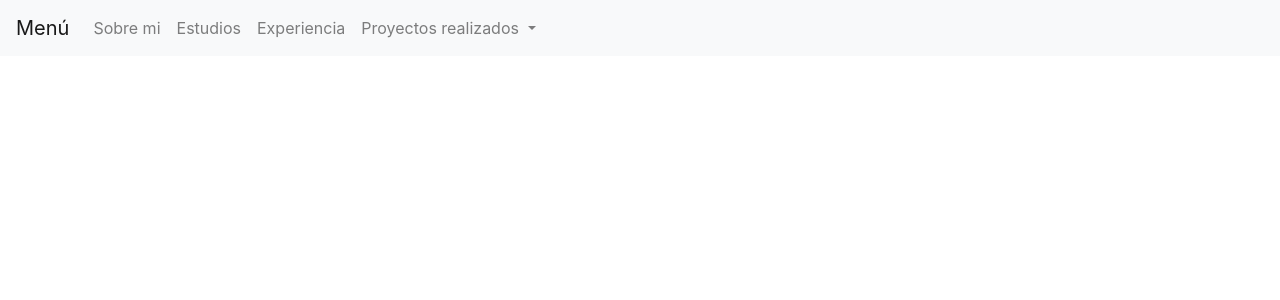
Repository: Hrotgarion1/jose
Page: projects.html
The author's editor kept a copy of each file at every save. The page is drawn from the files as they stood at one save, then again after the next save.
The browser window is 1280 px wide. The pictures show the whole page.

Above is the page before, as saved 2020-09-29 17:50:54.

### projects.html
<!DOCTYPE html>
<html lang="en">
<head>
    <meta charset="UTF-8">
    <meta name="viewport" content="width=device-width, user-scalable=no, initial-scale=1.0, maximum-scale=1.0, minimum-scale=1.0">
    <title>josenunez.eu</title>
    <meta name="jose p nunez" content="">
    <link rel="stylesheet" href="css/bootstrap.min.css">
    <!-- Favicon -->
    <link rel="shortcut icon" href="img/LogoPuntaDeLanza.png">
</head>
<body>
    <!--Navegador responsive de la web-->
    <nav class="navbar navbar-expand-lg navbar-light bg-light">
        <a class="navbar-brand" href="../jose/index.html">Menú</a>
        <button class="navbar-toggler" type="button" data-toggle="collapse" data-target="#navbarNavDropdown" aria-controls="navbarNavDropdown" aria-expanded="false" aria-label="Toggle navigation">
          <span class="navbar-toggler-icon"></span>
        </button>

        <div class="collapse navbar-collapse" id="navbarNavDropdown">
          <ul class="navbar-nav">
            <li class="nav-item">
              <a class="nav-link" href="#">Sobre mi <span class="sr-only">(current)</span></a>
            </li>
            <li class="nav-item">
              <a class="nav-link" href="#">Estudios</a>
            </li>
            <li class="nav-item">
              <a class="nav-link" href="#">Experiencia</a>
            </li>
            <li class="nav-item dropdown">
              <a class="nav-link dropdown-toggle" href="#" id="navbarDropdownMenuLink" role="button" data-toggle="dropdown" aria-haspopup="true" aria-expanded="false">
                Proyectos realizados
              </a>
              <div class="dropdown-menu" aria-labelledby="navbarDropdownMenuLink">
                <a class="dropdown-item" href="../jose/solid.html">Diseños con SolidWorks</a>
                <a class="dropdown-item" href="../jose/catia.html">Diseños con Catia V5</a>
                <a class="dropdown-item" href="../jose/projects.html">Proyectos realizados</a>
                <a class="dropdown-item" href="../jose/video.html">Videos</a>
              </div>
            </li>
          </ul>
        </div>
      </nav>

      <!--Imagen principal-->

    <script src="js/jquery-3.5.1.min.js"></script>
    <script src="js/bootstrap.min.js"></script>



</body>
</html>

Loaded but not shown: css/bootstrap.min.css (library); js/jquery-3.5.1.min.js (library); js/bootstrap.min.js (library)

After the next save:
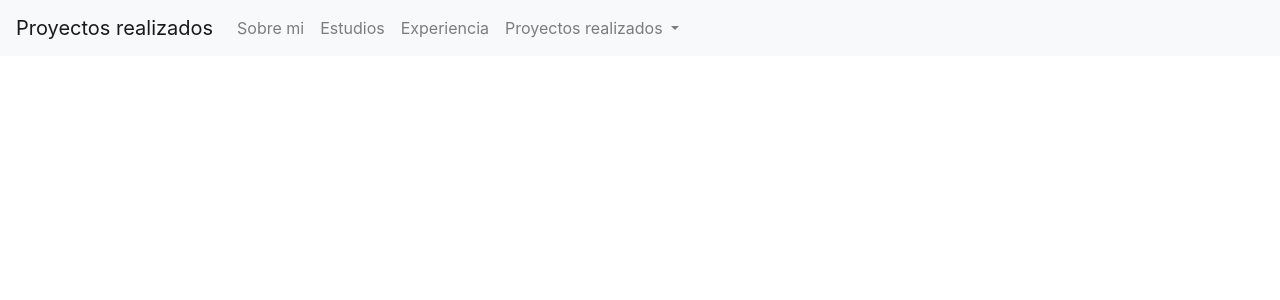
Saved 31 s later.
--- a/projects.html
+++ b/projects.html
@@ -12,7 +12,7 @@
 <body>
     <!--Navegador responsive de la web-->
     <nav class="navbar navbar-expand-lg navbar-light bg-light">
-        <a class="navbar-brand" href="../jose/index.html">Menú</a>
+        <a class="navbar-brand" href="../jose/index.html">Proyectos realizados</a>
         <button class="navbar-toggler" type="button" data-toggle="collapse" data-target="#navbarNavDropdown" aria-controls="navbarNavDropdown" aria-expanded="false" aria-label="Toggle navigation">
           <span class="navbar-toggler-icon"></span>
         </button>
